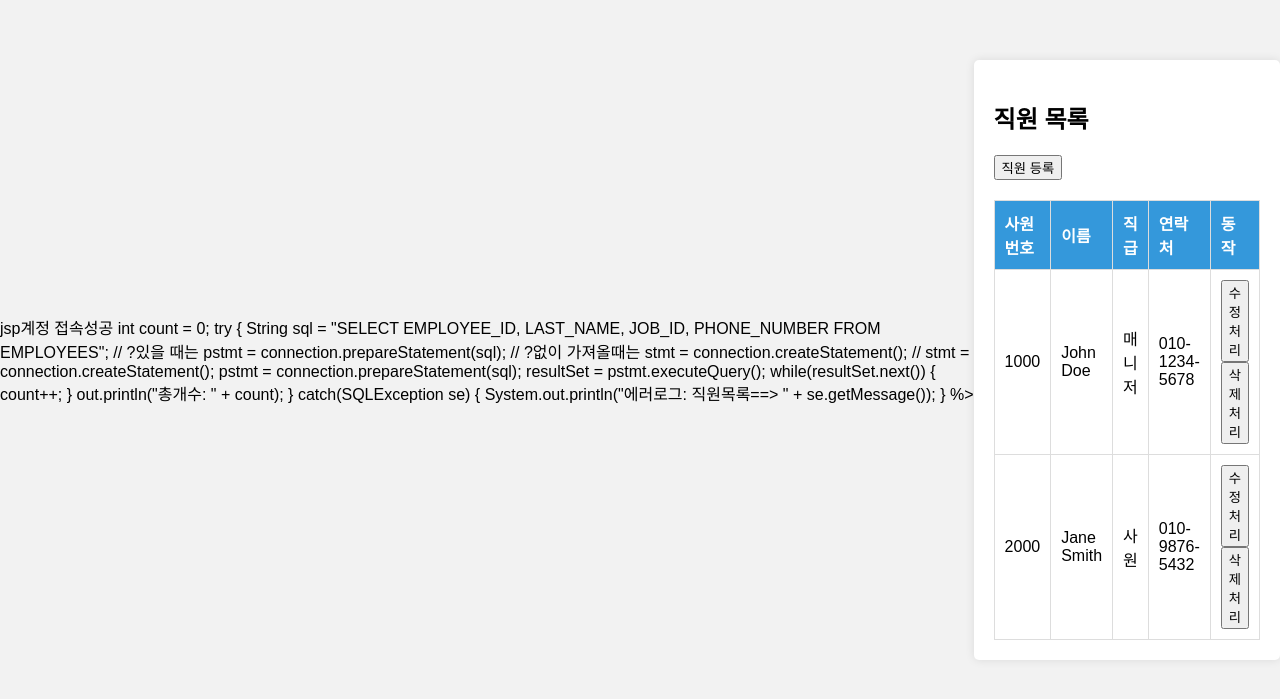
Repository: heyJSH/Study_java_web_sol
Page: http://localhost/jspweb_08/emplist.jsp
The author's editor kept a copy of each file at every save. The page is drawn from the files as they stood at one save, then again after the next save.
The browser window is 1280 px wide. The pictures show the whole page.
The page is served by Tomcat 9. Other server files are loaded and not shown. Queries for data that is not in the repository find no rows.

Above is the page before, as saved 2024-01-12 05:47:16.

### workspace_stsb/jspweb_08/src/main/webapp/emplist.jsp
<!-- 직원목록 가져옴 -->
<!-- 1.화면설계, 2.디비접속, resultSet = pstmt.executeQuery(); => select, int result = executeUpdate(); => insert, update, delete -->
<%@page import="java.util.ArrayList"%>
<%@ page language="java" contentType="text/html; charset=UTF-8"
    pageEncoding="UTF-8"%>

<!-- 디비접속 -->
<%@ page import ="java.sql.*" %>
<%@ page import="utils.DBconfig" %>
<%@ page import="java.util.*" %>

<!DOCTYPE html>
<html>
<head>
<meta charset="UTF-8">
<title>Insert title here</title>
<style>
	/* 직원 목록 CSS */
   body {
      font-family: Arial, sans-serif;
      background-color: #f2f2f2;
      margin: 0;
      padding: 0;
      display: flex;
      justify-content: center;
      align-items: center;
      height: 100vh;
   }
   .employee-list {
      background-color: #fff;
      padding: 20px;
      border-radius: 5px;
      box-shadow: 0 0 10px rgba(0, 0, 0, 0.1);
   }

   table {
      width: 100%;
      border-collapse: collapse;
      margin-top: 20px;
   }

   th, td {
      border: 1px solid #ddd;
      padding: 10px;
      text-align: left;
   }

   th {
      background-color: #3498db;
      color: #fff;
   }
</style>
</head>
<body>

	<%
      // 오라클 디비와 접속
      Connection connection = null;
      // 접속하기
      try {
        //connection = DriverManager.getConnection(JDBC_URL, USER, PASSWORD);
        connection = DBconfig.getConnection();
        out.println("jsp계정 접속성공");
      }catch(Exception e) {
        out.println("jsp계정 접속실패");
      }

      // 직원정보 목록을 가져오는 쿼리 실행
      // Statement stmt = null;
      PreparedStatement pstmt = null;
      ResultSet resultSet = null;		// select된 결과를 저장하는 배열
      ArrayList<String> emplist = new ArrayList<>();	// 상단에 <%@ page import="java.util.*" %>

      int count = 0;
      try {
    	  String sql = "SELECT EMPLOYEE_ID, LAST_NAME, JOB_ID, PHONE_NUMBER FROM EMPLOYEES";
    	  // ?있을 때는 pstmt = connection.prepareStatement(sql);
    	  // ?없이 가져올때는 stmt = connection.createStatement();
    	  // stmt = connection.createStatement();
    	  pstmt = connection.prepareStatement(sql);
    	  resultSet = pstmt.executeQuery();
    	  while(resultSet.next()) {
    		  count++;
    	  }
    	  out.println("총개수: " + count);
      } catch(SQLException se) {
    	  System.out.println("에러로그: 직원목록==> " + se.getMessage());
      }
   %>

	 <div class="employee-list">
        <h2>직원 목록</h2>
        <button onclick="handleAddButtonClick()">직원 등록</button> <!-- 등록 버튼 추가 -->
        <table>
            <thead>
            <tr>
            <th>사원번호</th>
                <th>이름</th>
                <th>직급</th>
                <th>연락처</th>
                <th>동작</th> <!-- 새로운 열 추가 -->

            </tr>
            </thead>
            <tbody>
            <tr>
            <td>1000</td>
                <td>John Doe</td>
                <td>매니저</td>
                <td>010-1234-5678</td>
                <td><button onclick="handleButtonClick(0)">수정 처리</button> <!-- 버튼 추가 -->
                <button onclick="handleButtonClick(0)">삭제 처리</button><!-- 버튼 추가 -->

                </td> <!-- 상세보기 버튼 추가 -->
            </tr>
            <tr>
            <td>2000</td>
                <td>Jane Smith</td>
                <td>사원</td>
                <td>010-9876-5432</td>
                <td><button onclick="handleButtonClick(1)">수정 처리</button> <!-- 버튼 추가 -->
                    <button onclick="handleButtonClick(1)">삭제 처리</button> <!-- 버튼 추가 -->

                 <!-- 상세보기 버튼 추가 -->
                </td>
            </tr>
            <!-- 다른 직원들의 정보도 추가할 수 있습니다. -->
            </tbody>
        </table>
    </div>

    <script>
      function handleAddButtonClick() {
           location.href="empform.jsp";
       }
   </script>
</body>
</html>

### workspace_stsb/jspweb_08/src/main/java/utils/DBconfig.java
package utils;

import java.sql.Connection;
import java.sql.DriverManager;
import java.sql.SQLException;

public class DBconfig {

    // Oracle 데이터베이스 연결 정보 설정
    private static final String JDBC_URL = "jdbc:oracle:thin:@localhost:1521:orcl";
    private static final String USER = "jsp";
    private static final String PASSWORD = "123456";

    // 데이터베이스 연결을 반환하는 메서드
    public static Connection getConnection() throws SQLException {
        return DriverManager.getConnection(JDBC_URL, USER, PASSWORD);
    }

}

After the next save:
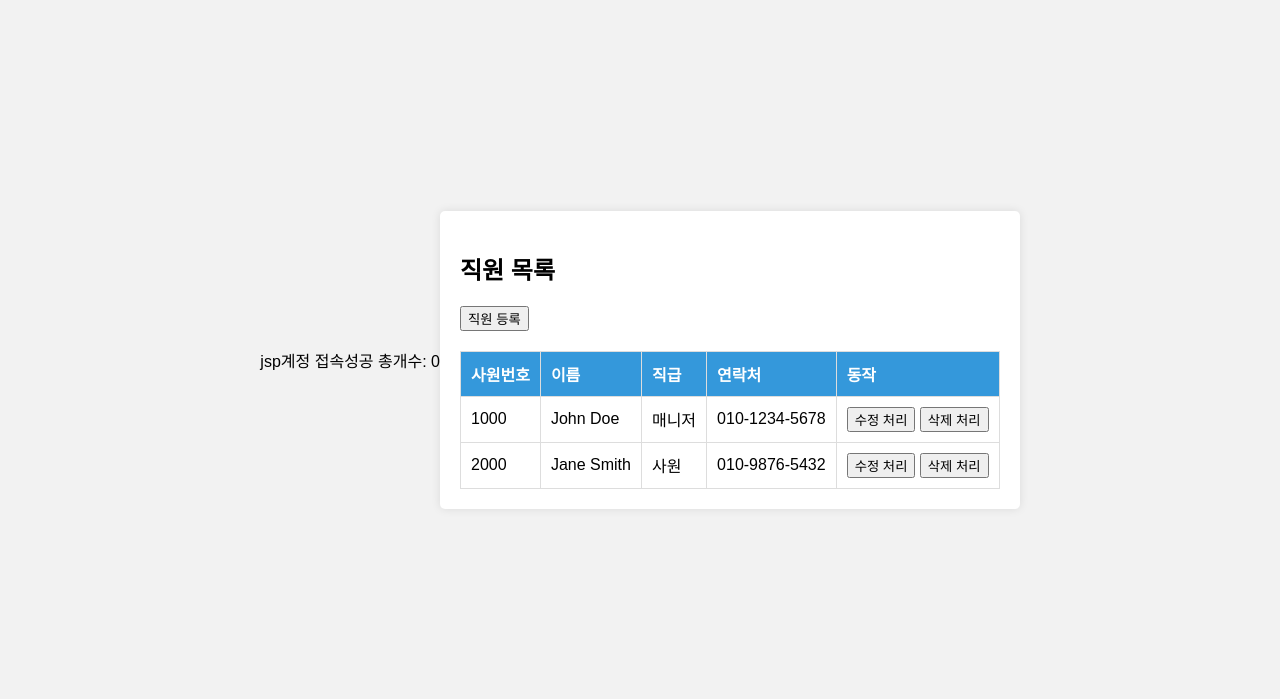
Saved 72 s later.
--- a/workspace_stsb/jspweb_08/src/main/webapp/emplist.jsp
+++ b/workspace_stsb/jspweb_08/src/main/webapp/emplist.jsp
@@ -69,7 +69,7 @@
       // Statement stmt = null;
       PreparedStatement pstmt = null;
       ResultSet resultSet = null;		// select된 결과를 저장하는 배열
-      ArrayList<String> emplist = new ArrayList<>();	// 상단에 <%@ page import="java.util.*" %>
+      ArrayList<String> emplist = new ArrayList<>();	// 상단에 page import="java.util.*"
 
       int count = 0;
       try {
